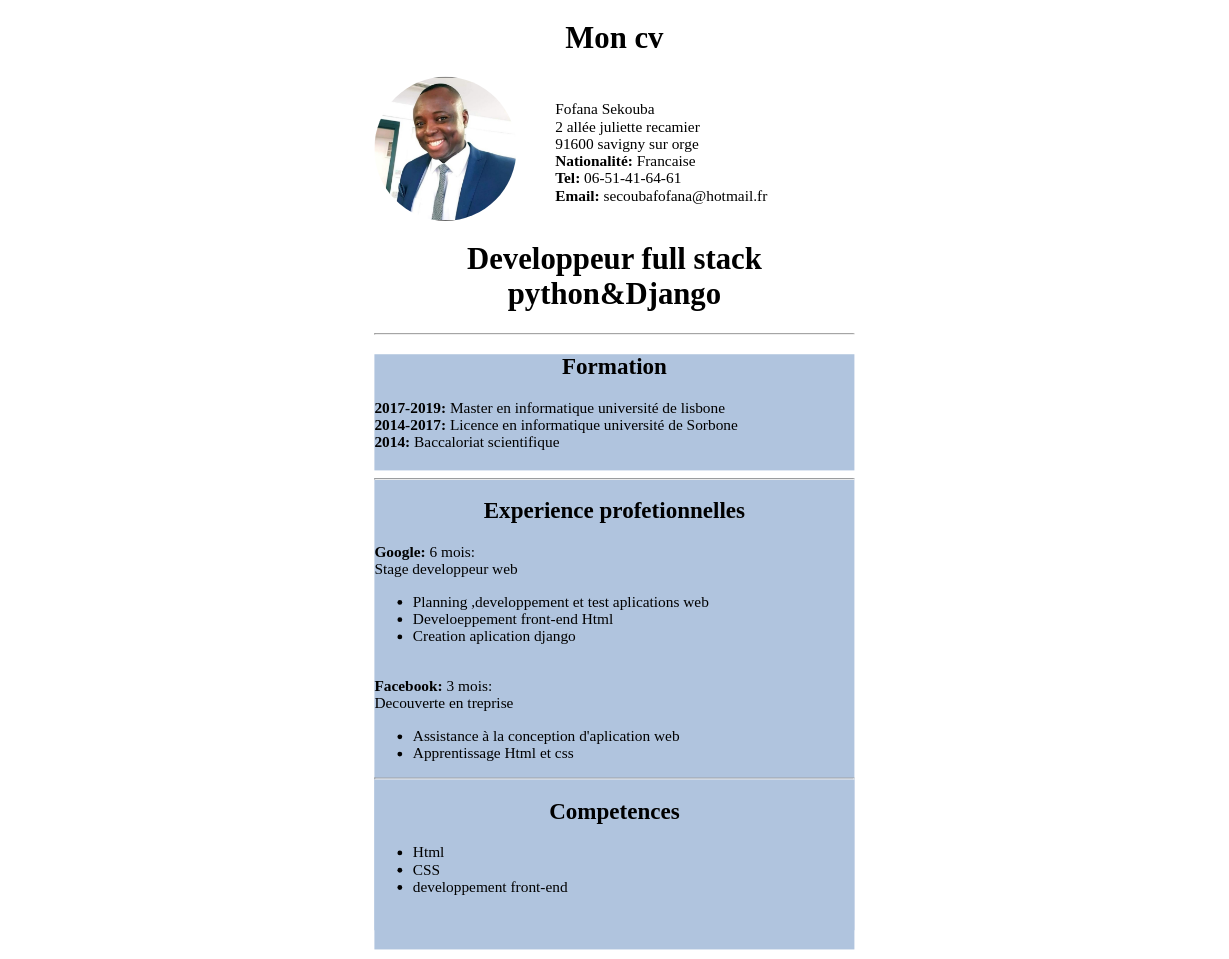
Repository: lamdakara/cv-html
Page: index.html
These files come from the project's save history. The page is drawn as it stood at one moment and after the next save; the edit follows.
The browser window is 1280 px wide. The pictures show the whole page, at 96% of full size.
Some web libraries are served in a nearby version.

Above is the page before, as saved 2023-08-26 14:27:52.

After the next save:
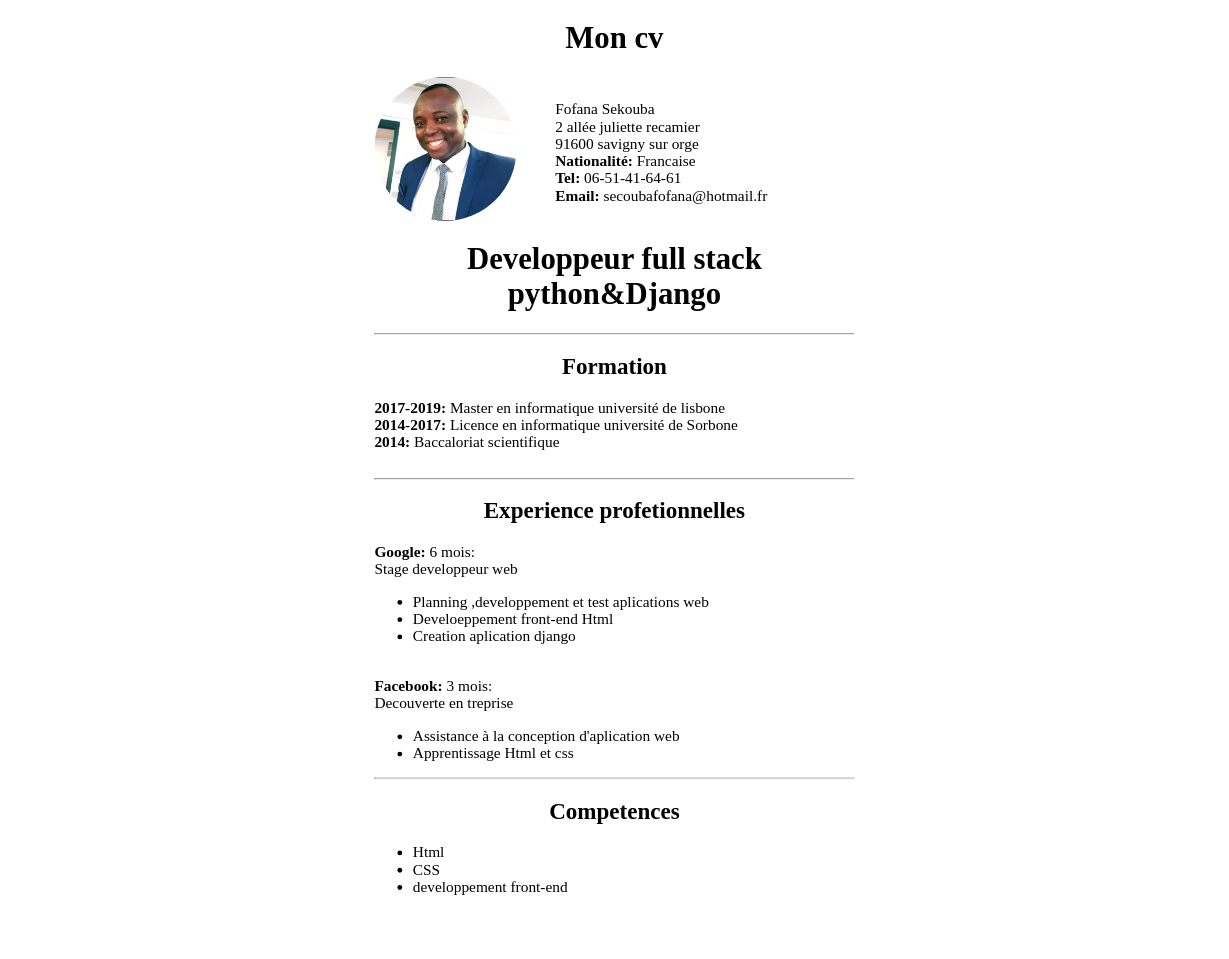
Saved 13 s later.
--- a/css/style.css
+++ b/css/style.css
@@ -21,7 +21,7 @@
     margin-top: 25px;
 }
 .cv-section {
-    background-color: lightsteelblue;
+   /* background-color: lightsteelblue;*/
     padding-bottom: 20px;
 
 
